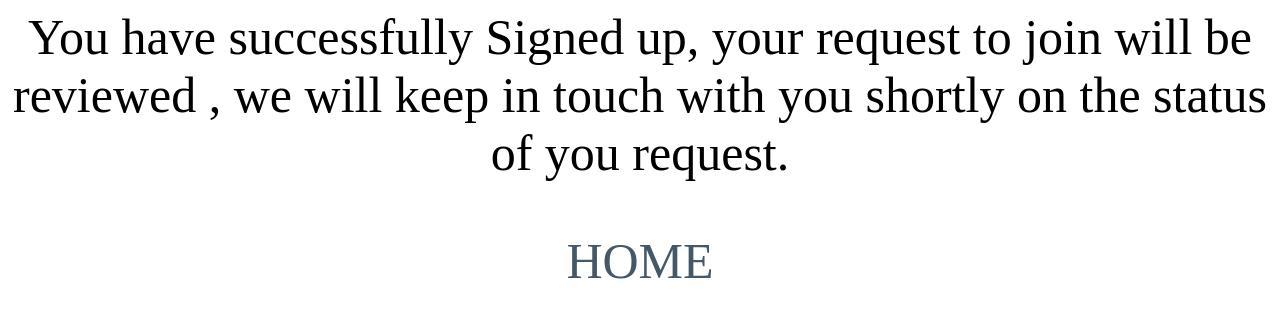
Repository: lorna-k/Workspace
Page: Alumni/Alumni-2/WebContent/signedup.html
An editor plug-in stored every save of this project. The page is shown before and after the next save, followed by the edit.
The browser window is 1280 px wide. The pictures show the whole page.

Above is the page before, as saved 2016-09-15 08:42:36.

### Alumni/Alumni-2/WebContent/signedup.html
<!DOCTYPE html>
<html>
<head>
<meta charset="ISO-8859-1">
<title>Insert title here</title>
</head>

<style>
	a
	{
		text-decoration: none;
		color:#455868;
	}
	a:hover
	{
		color:blue;
	}

</style>
<body>
	<div  style="font-size:50px; font-family:Arial #455868" align="center">

		You have successfully Signed up,
		your request to join will be reviewed
		, we will keep in touch with you shortly on the status
		of you request.




		<p><a href="imdex.html">HOME</a></p>
	</div>
</body>
</html>

After the next save:
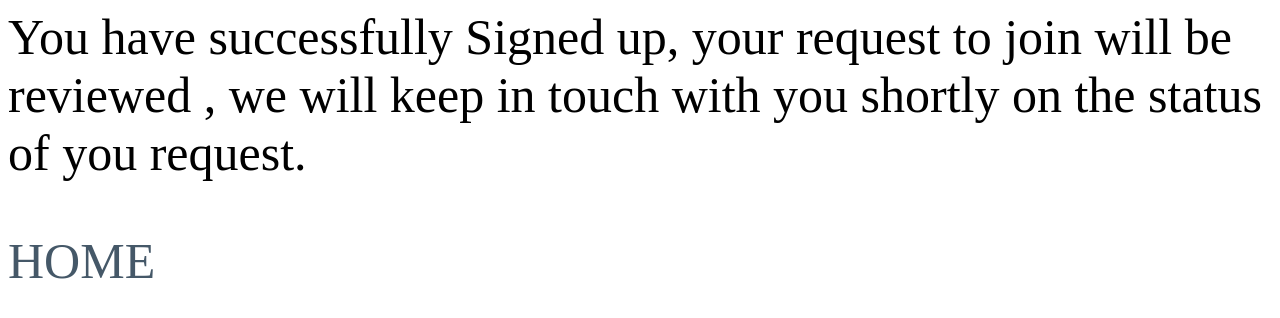
Saved 57 s later.
--- a/Alumni/Alumni-2/WebContent/signedup.html
+++ b/Alumni/Alumni-2/WebContent/signedup.html
@@ -18,7 +18,7 @@
 
 </style>
 <body>
-	<div  style="font-size:50px; font-family:Arial #455868" align="center">
+	<div  style="font-size:50px; font-family:Arial #455868" align="center;margin-top:20vh">
 
 		You have successfully Signed up,
 		your request to join will be reviewed

After the save that followed:
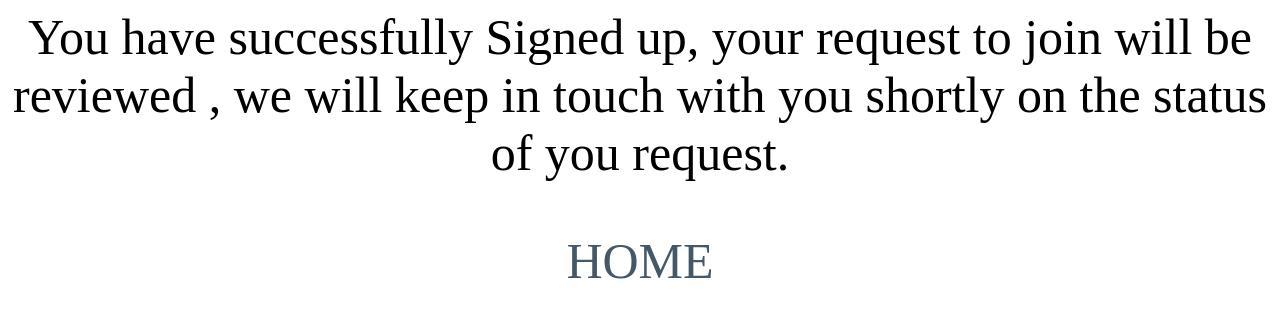
Saved 31 s later.
--- a/Alumni/Alumni-2/WebContent/signedup.html
+++ b/Alumni/Alumni-2/WebContent/signedup.html
@@ -18,7 +18,7 @@
 
 </style>
 <body>
-	<div  style="font-size:50px; font-family:Arial #455868" align="center;margin-top:20vh">
+	<div  style="font-size:50px; font-family:Arial #455868" align="center";margin-top:20vh">
 
 		You have successfully Signed up,
 		your request to join will be reviewed
